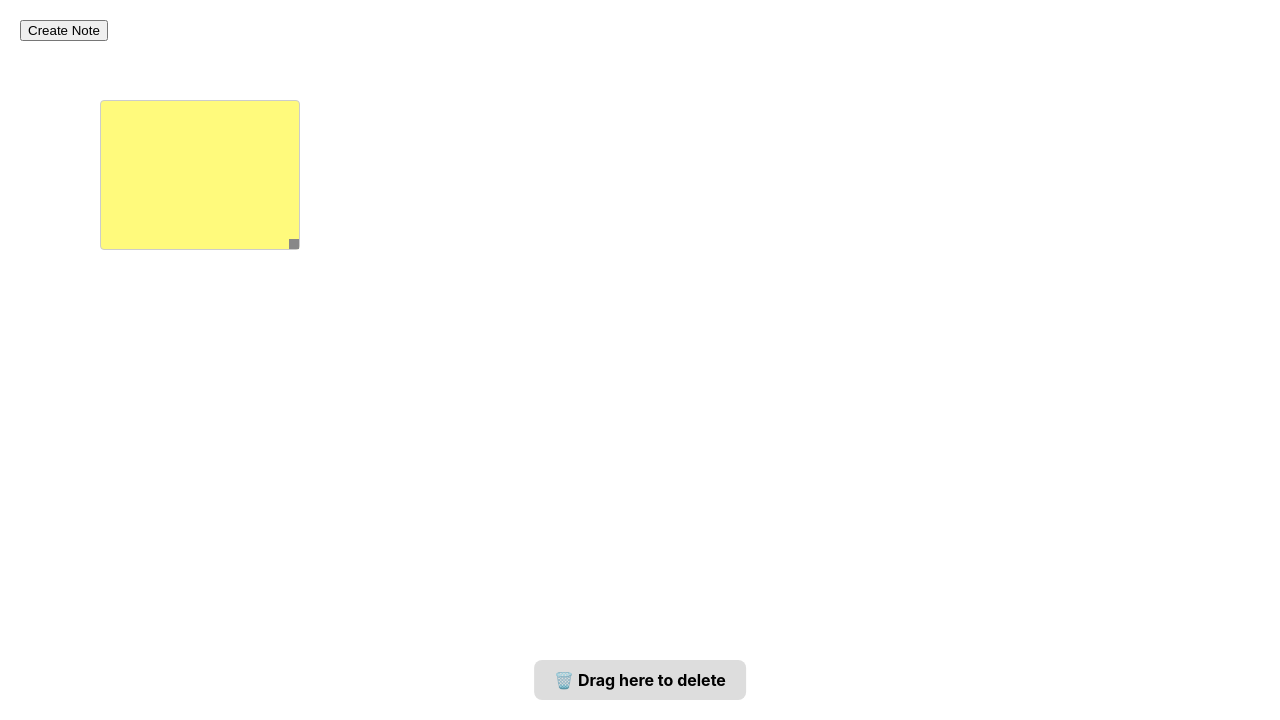
Repository: saritha55/sticky-notes-react-ts
Page: /, after clicking the first element matching `button`
The author's editor kept a copy of each file at every save. The page is drawn from the files as they stood at one save, then again after the next save.
The browser window is 1280 px wide. The pictures show the whole page.
The project was rebuilt for these pictures with package versions that can differ from the ones it lists, and the page was loaded fresh each time.

Above is the page before, as saved 2025-07-10 15:31:00.

After the next save:
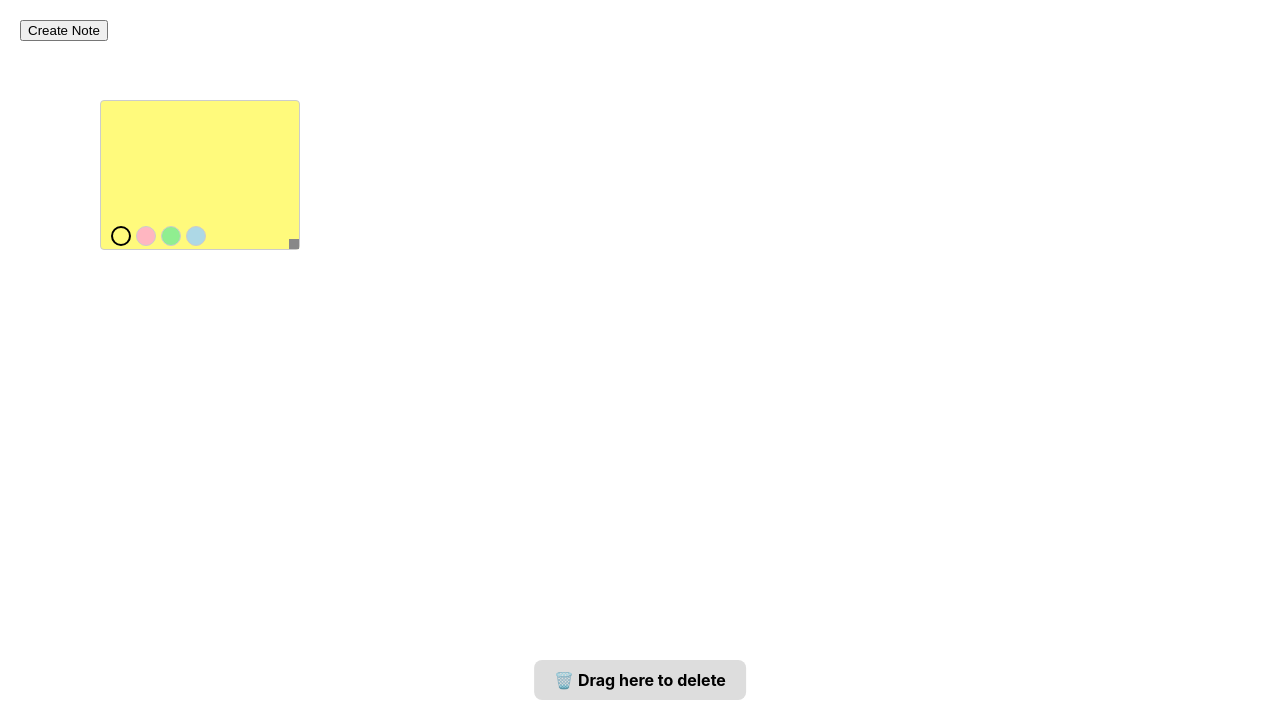
Saved 5 min 40 s later.
--- a/src/components/Note.tsx
+++ b/src/components/Note.tsx
@@ -6,9 +6,10 @@ interface Props {
   note: NoteType;
   onUpdate: (note: NoteType) => void;
   onRemove: (id: string) => void;
-  trashRef: React.RefObject<HTMLDivElement | null>; // ✅ fix: allow null
+  trashRef: React.RefObject<HTMLDivElement | null>;
 }
 
+// ✅ Used in color picker below
 const COLORS = ['#FFFA7C', '#FFB6C1', '#90EE90', '#ADD8E6'];
 
 const Note: React.FC<Props> = ({ note, onUpdate, onRemove, trashRef }) => {
@@ -28,7 +29,6 @@ const Note: React.FC<Props> = ({ note, onUpdate, onRemove, trashRef }) => {
       if (trashRef.current) {
         const trashRect = trashRef.current.getBoundingClientRect();
         const noteRect = noteRef.current?.getBoundingClientRect();
-
         if (
           noteRect &&
           noteRect.right > trashRect.left &&
@@ -50,7 +50,6 @@ const Note: React.FC<Props> = ({ note, onUpdate, onRemove, trashRef }) => {
 
       const trashRect = trashRef.current?.getBoundingClientRect();
       const noteRect = noteRef.current?.getBoundingClientRect();
-
       if (
         trashRect &&
         noteRect &&
@@ -118,13 +117,36 @@ const Note: React.FC<Props> = ({ note, onUpdate, onRemove, trashRef }) => {
         onChange={(e) => onUpdate({ ...note, text: e.target.value })}
         style={{
           width: '100%',
-          height: '90%',
+          height: '80%',
           resize: 'none',
           border: 'none',
           background: 'transparent',
           outline: 'none',
         }}
       />
+
+      {/* ✅ Color picker using COLORS */}
+      <div style={{ display: 'flex', gap: 5, marginTop: 5 }}>
+        {COLORS.map((color) => (
+          <button
+            key={color}
+            onClick={(e) => {
+              e.stopPropagation();
+              onUpdate({ ...note, color });
+            }}
+            style={{
+              backgroundColor: color,
+              width: 20,
+              height: 20,
+              border: note.color === color ? '2px solid black' : '1px solid #ccc',
+              borderRadius: '50%',
+              cursor: 'pointer',
+            }}
+            title={`Set color to ${color}`}
+          />
+        ))}
+      </div>
+
       <div
         onMouseDown={handleResize}
         style={{
